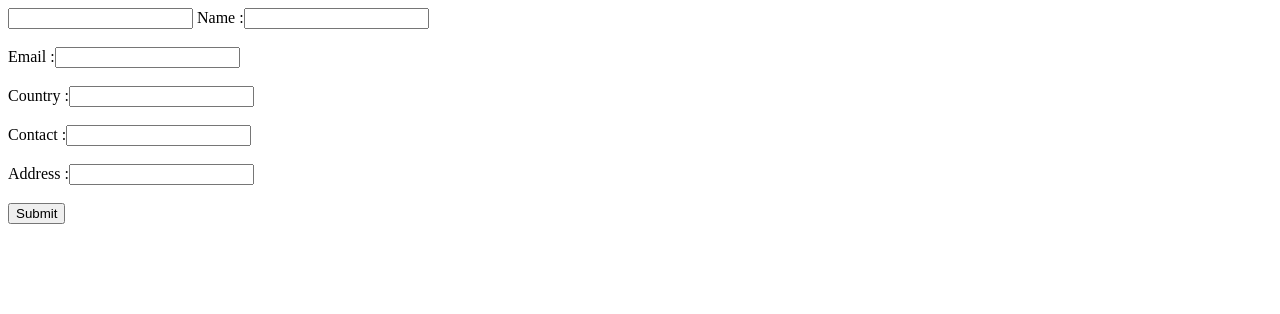
Repository: touhid-jisan/jsp-jdbc-servlet
Page: http://localhost/crud-full-practice/home
These files come from the project's save history. The page is drawn as it stood at one moment and after the next save; the edit follows.
The browser window is 1280 px wide. The pictures show the whole page.
The page is served by Tomcat 9. Other server files are loaded and not shown.

Above is the page before, as saved 2019-12-29 04:41:46.

### crud-full-practice/WebContent/edit-view.jsp
<%@ page language="java" contentType="text/html; charset=ISO-8859-1"
    pageEncoding="ISO-8859-1"%>

    <%@ page import="com.iclique.crudfull.userDAO.* , com.iclique.crudfull.model.*, java.util.*"%>
    <%@ taglib uri="http://java.sun.com/jsp/jstl/core" prefix="c" %>
<!DOCTYPE html>
<html>
<head>
<meta charset="ISO-8859-1">
<title>Insert title here</title>

</head>

<body>
<div align="center'>
<h3>Edit your profile</h3>
<form  action="HomeServlet?action=update" method="post">
<input type="number" value="${user.getId()}" name="id">
Name     :<input type="text" value='${user.getName() }' name="name"> <br><br>
Email    :<input type="text" value='${user.getEmail()}' name="email"> <br><br>
Country  :<input type="text" value="${user.getCountry()}" name="country" ><br><br>
Contact  :<input type="text" value="${user.getContact()}" name="contact"><br><br>
Address  :<input type="text" value="${user.getAddress()}" name="address"><br><br>

<input type="submit" value="Submit">
</form>
</div>
</body>
</html>

After the next save:
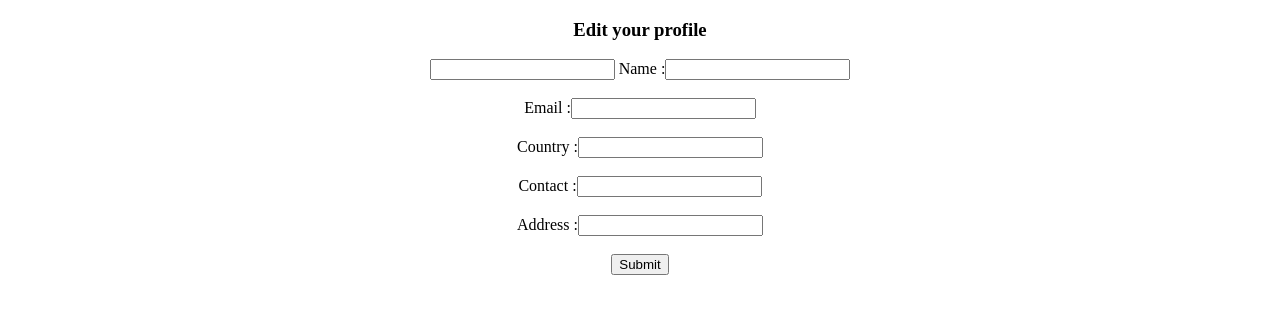
Saved 4 s later.
--- a/crud-full-practice/WebContent/edit-view.jsp
+++ b/crud-full-practice/WebContent/edit-view.jsp
@@ -12,7 +12,7 @@
 </head>
 
 <body>
-<div align="center'>
+<div align="center">
 <h3>Edit your profile</h3>
 <form  action="HomeServlet?action=update" method="post">
 <input type="number" value="${user.getId()}" name="id">
